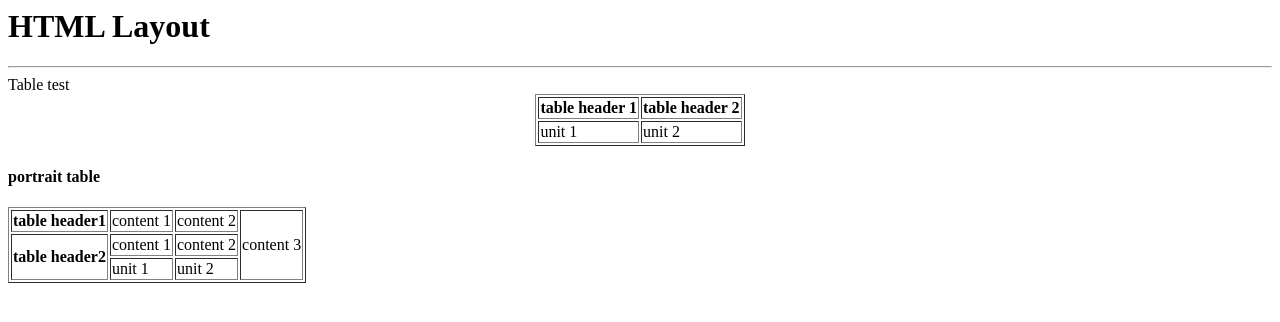
Repository: libelosophy/anjoyo
Page: workspace/QTalk/WebContent/html/table.html
An editor plug-in stored every save of this project. The page is shown before and after the next save, followed by the edit.
The browser window is 1280 px wide. The pictures show the whole page.

Above is the page before, as saved 2013-09-09 11:34:00.

After the next save:
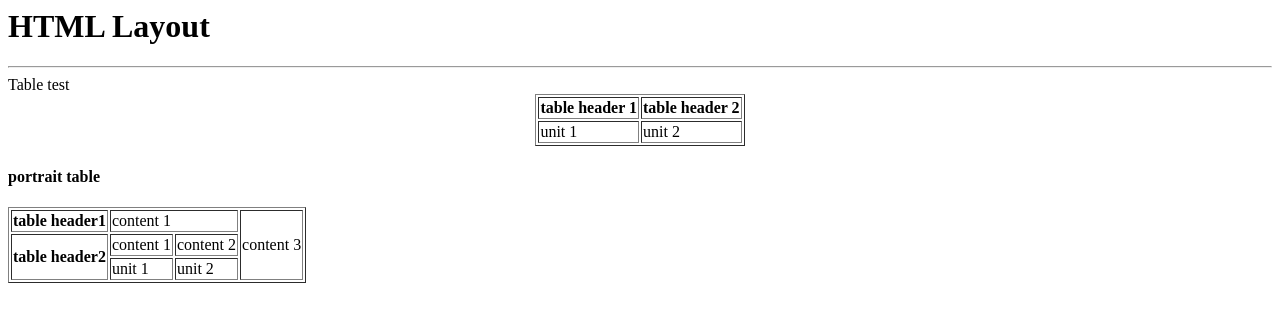
Saved 32 s later.
--- a/workspace/QTalk/WebContent/html/table.html
+++ b/workspace/QTalk/WebContent/html/table.html
@@ -25,8 +25,7 @@
 	<table border="1">
 		<tr>
 			<th> table header1</th>
-			<td> content 1</td>
-			<td> content 2</td>
+			<td colspan="2"> content 1</td>
 			<td rowspan ="3"> content 3</td>
 		</tr>
 
